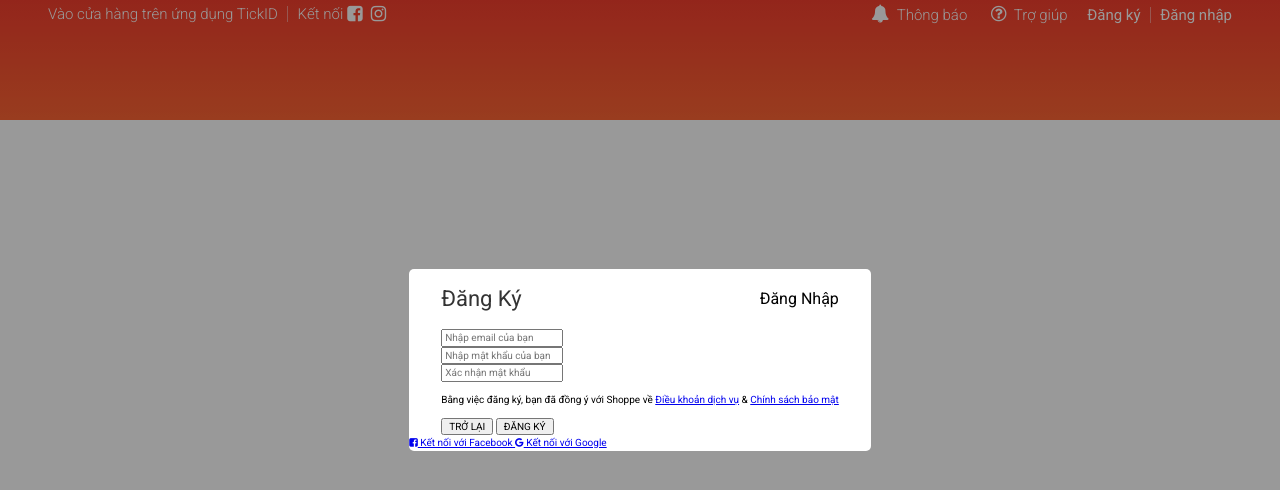
Repository: huydev0401/F8-Shop
Page: index.html
These files come from the project's save history. The page is drawn as it stood at one moment and after the next save; the edit follows.
The browser window is 1280 px wide. The pictures show the whole page.

Above is the page before, as saved 2021-08-12 15:54:33.

After the next save:
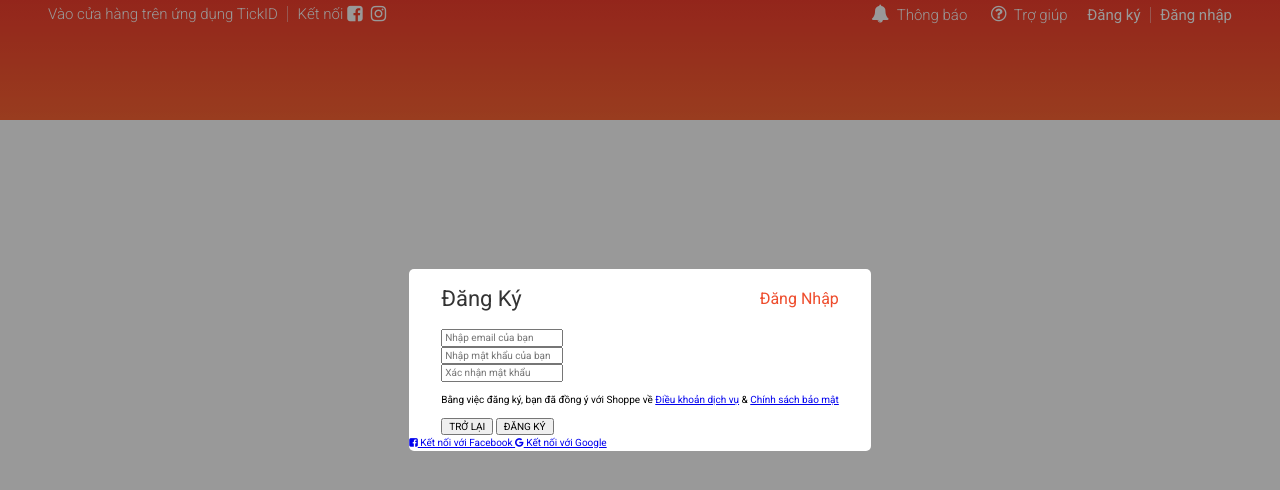
Saved 13 s later.
--- a/assets/css/main.css
+++ b/assets/css/main.css
@@ -271,6 +271,7 @@
 .authe-form__switch-btn {
     font-size: 1.6rem;
     font-weight: 400;
+    color: var(--primary_color);
 }
 
 .authe-form__form {
